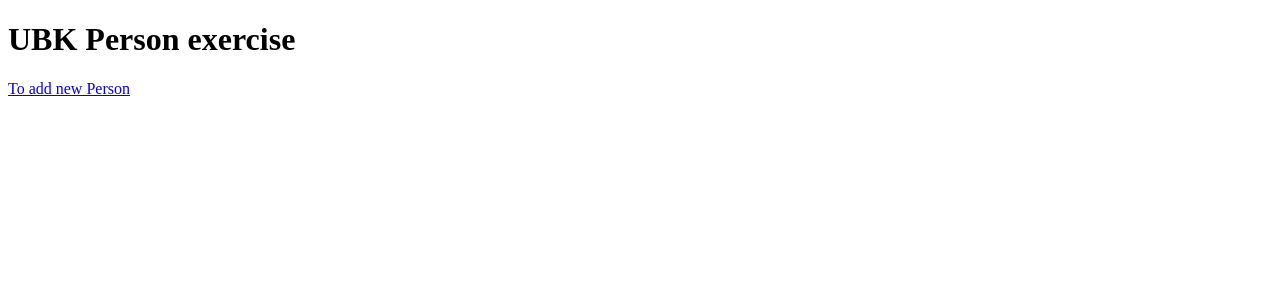
Repository: PanHrnecPapinak/EJB
Page: http://localhost/Web/WebMain.jsp
These files come from the project's save history. The page is drawn as it stood at one moment and after the next save; the edit follows.
The browser window is 1280 px wide. The pictures show the whole page.
The page is served by Tomcat 9.

Above is the page before, as saved 2023-04-17 09:00:06.

### EJB UBK Ukol/Web/src/main/webapp/WebMain.jsp
<%@ page language="java" contentType="text/html; charset=UTF-8"
    pageEncoding="UTF-8"%>
<!DOCTYPE html>
<html>
<head>
<meta charset="UTF-8">
<title>Insert title here</title>
</head>
<body>
	<h1>UBK Person exercise</h1>
	<a href="http://localhost:8080/Web/WebCreatePerson.jsp">To add new Person</a>

</body>
</html>

After the next save:
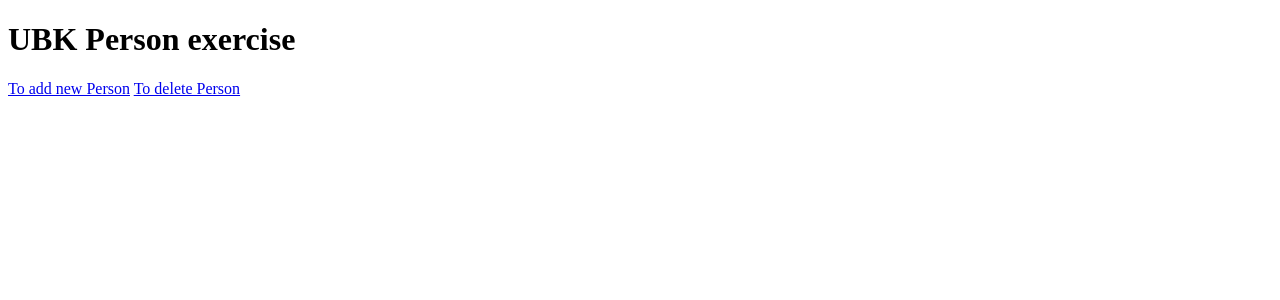
Saved 16 min 4 s later.
--- a/EJB UBK Ukol/Web/src/main/webapp/WebMain.jsp
+++ b/EJB UBK Ukol/Web/src/main/webapp/WebMain.jsp
@@ -9,6 +9,7 @@
 <body>
 	<h1>UBK Person exercise</h1>
 	<a href="http://localhost:8080/Web/WebCreatePerson.jsp">To add new Person</a>
+	<a href="http://localhost:8080/Web/WebDeletePerson.jsp.jsp">To delete Person</a>
 
 </body>
 </html>
